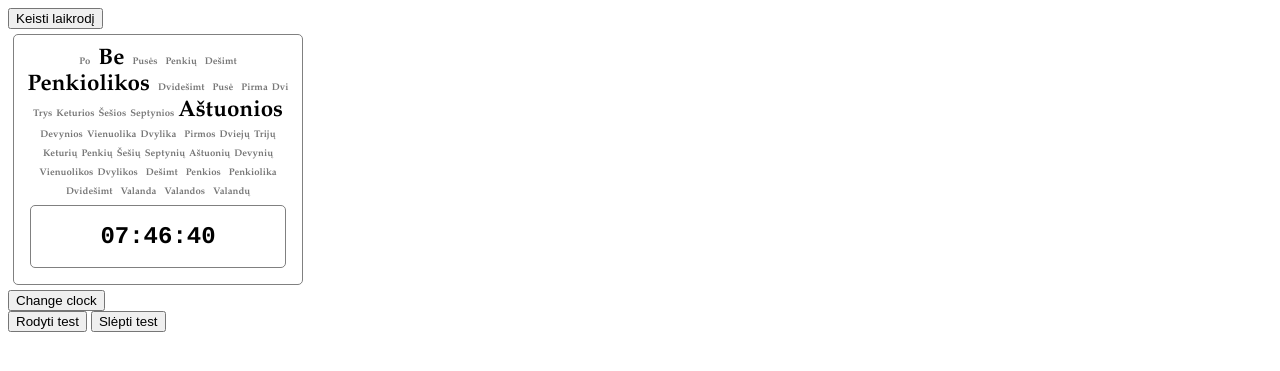
Repository: Skaidrius/WordClock
Page: index.html
The author's editor kept a record of every edit. The page is drawn from the files as they stood at one moment, then again after the next edit.
The browser window is 1280 px wide. The pictures show the whole page.
Some web libraries are served in a nearby version.

Above is the page before.

After the next edit:
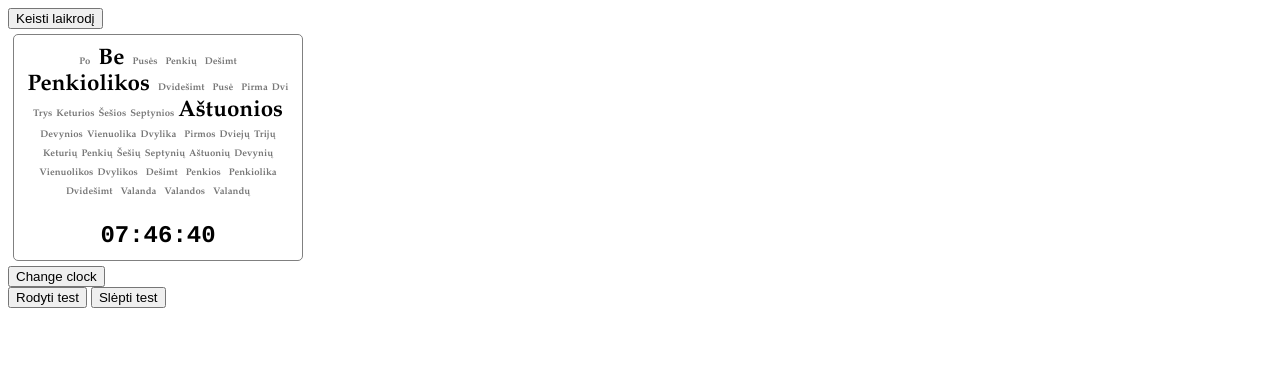
The edit:
--- a/style.css
+++ b/style.css
@@ -31,6 +31,9 @@
 .digital {
     font-family: ‘Courier New’, Courier, monospace;
     font-size: 24px;
+    border: none;
+    margin-bottom: 0;
+    padding-bottom: 0;
 }
 
 .digital::before {
